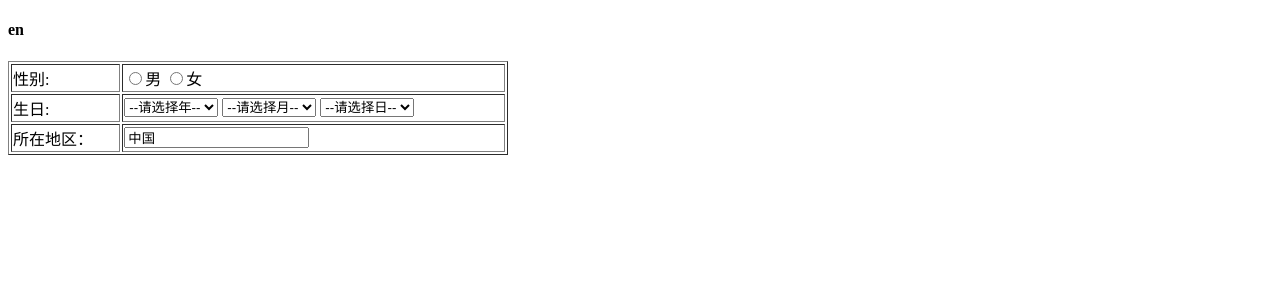
Repository: Qwenicq/My_project
Page: html/HTML_learning/exampl.html
These files come from the project's save history. The page is drawn as it stood at one moment and after the next save; the edit follows.
The browser window is 1280 px wide. The pictures show the whole page.

Above is the page before, as saved 2023-03-29 21:28:55.

### html/HTML_learning/exampl.html
<!DOCTYPE html>
<html lang="zh-CN">
<head>
    <meta charset="UTF-8">
    <meta http-equiv="X-UA-Compatible" content="IE=edge">
    <meta name="viewport" content="width=device-width, initial-scale=1.0">
    <title>Document</title>
</head>
<body>
    <h4>en</h4>
    <table width="500" border="1">
        <tr>
            <td>性别:</td>
            <td>
                <input type="radio" name="sex" id="man"><label for="man">男</label>
                <input type="radio" name="sex" id="woman"><label for="woman">女</labelfor>
            </td>
        </tr>
        <tr>
            <td>生日:</td>
            <td>
                <select name="" id="">
                    <option value="">--请选择年--</option>
                    <option value="">2001</option>
                    <option value="">2002</option>
                    <option value="">2003</option>
                    <option value="">2004</option>
                </select>
                <select name="" id="">
                    <option value="">--请选择月--</option>
                    <option value="">1</option>
                    <option value="">2</option>
                    <option value="">3</option>
                    <option value="">4</option>
                    <option value="">5</option>
                    <option value="">6</option>
                    <option value="">7</option>
                    <option value="">8</option>
                </select>
                <select name="" id="">
                    <option value="">--请选择日--</option>
                    <option value="">1</option>
                    <option value="">2</option>
                    <option value="">3</option>
                    <option value="">4</option>
                    <option value="">5</option>
                    <option value="">6</option>
                    <option value="">7</option>
                    <option value="">8</option>
                </select>
            </td>
        </tr>
        <tr>
            <td>所在地区：</td>
            <td><input type="text" value="中国"></td>
        </tr>

    </table>
</body>
</html>

After the next save:
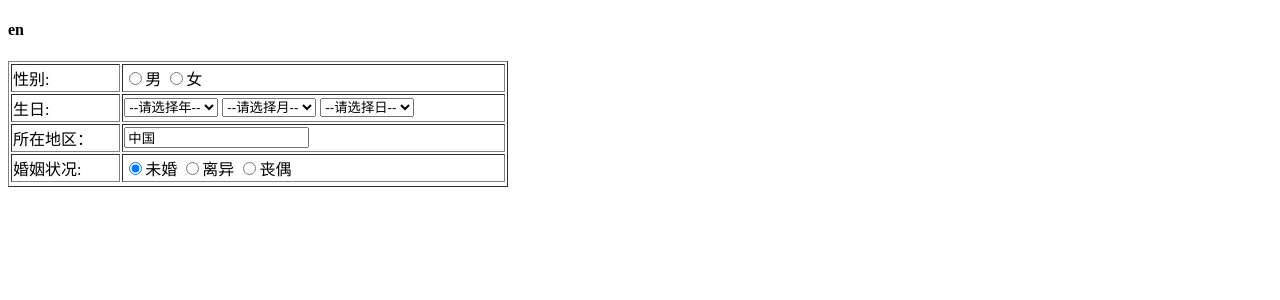
Saved 2 min 42 s later.
--- a/html/HTML_learning/exampl.html
+++ b/html/HTML_learning/exampl.html
@@ -54,7 +54,15 @@
             <td>所在地区：</td>
             <td><input type="text" value="中国"></td>
         </tr>
-
+        <tr>
+            <td>婚姻状况:</td>
+            <td>
+                <input type="radio" name="marry" id="weihun" checked><label for="weihun">未婚</label>
+                <input type="radio" name="marry" id="liyi"><label for="liyi">离异</labelfor>
+                <input type="radio" name="marry" id="sangou"><label for="sangou">丧偶</labelfor>
+            </td>
+        </tr>
+        <tr>
     </table>
 </body>
 </html>
